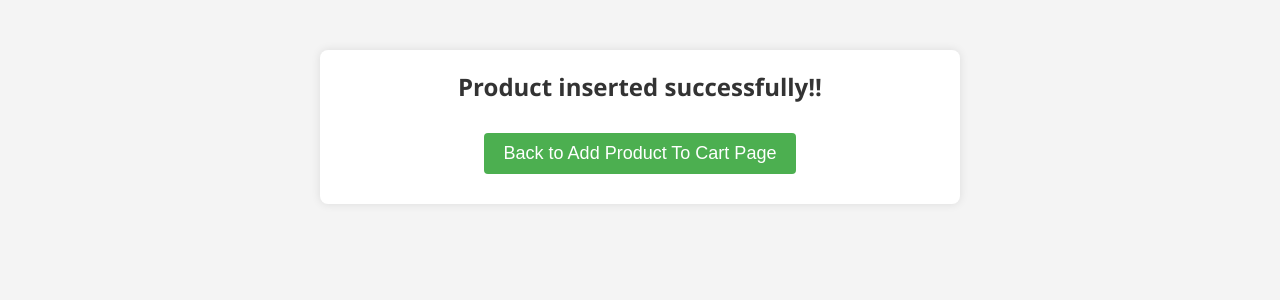
Repository: palakbari/Spring-MVC
Page: http://localhost/ShoppingSystem/add_products_to_cart_success.jsp
The author's editor kept a copy of each file at every save. The page is drawn from the files as they stood at one save, then again after the next save.
The browser window is 1280 px wide. The pictures show the whole page.
The page is served by Tomcat 9.

Above is the page before, as saved 2024-06-06 16:20:48.

After the next save:
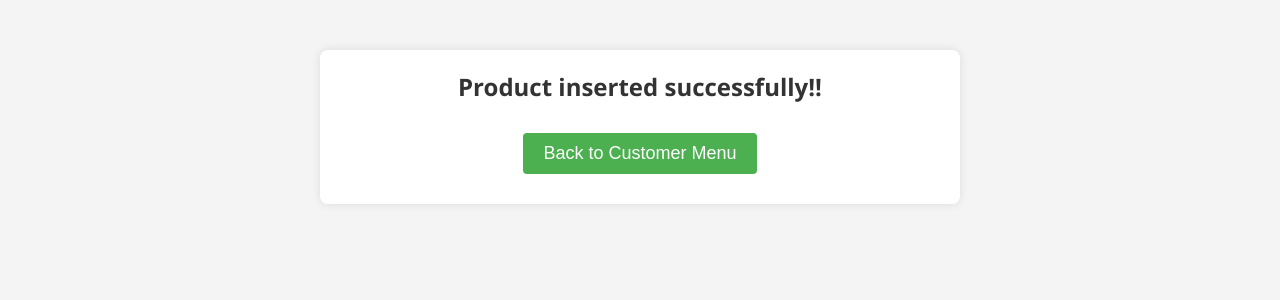
Saved 2 min 46 s later.
--- a/ShoppingSystem/src/main/webapp/add_products_to_cart_success.jsp
+++ b/ShoppingSystem/src/main/webapp/add_products_to_cart_success.jsp
@@ -48,7 +48,7 @@
     <div class="container">
         <h2>Product inserted successfully!!</h2>
         <form>
-			<button type="button" onclick="window.location.href='add_products_to_cart.jsp'" class="button">Back to Add Product To Cart Page</button>
+			<button type="button" onclick="window.location.href='customer_menu.jsp'" class="button">Back to Customer Menu</button>
         </form>
     </div>
 </body>
